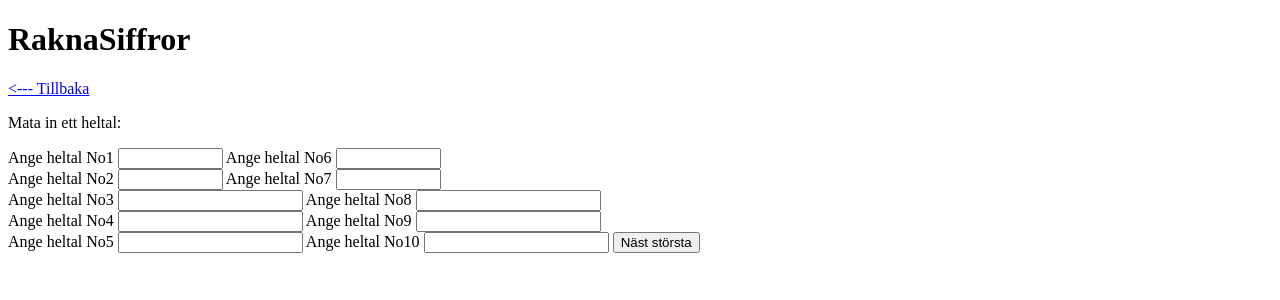
Repository: dn222em/1dv403-laborationer
Page: 1-vandalen/counta/index22.html
The author's editor kept a record of every edit. The page is drawn from the files as they stood at one moment, then again after the next edit.
The browser window is 1280 px wide. The pictures show the whole page.

Above is the page before.

### 1-vandalen/counta/index22.html
<!DOCTYPE html>
<html lang="sv">
<head>
	<meta charset="UTF-8" />
 	<title>JavaScript - Strängar</title>
 	<style>
 		.error {
 			background-color: #F7A1A1;
 		}
 	</style>
</head>
    <body>
        <h1>RaknaSiffror</h1>
        <a href="../index.html">&lt;--- Tillbaka</a>
        <p>Mata in ett heltal:</p>

 		<form>
 		     Ange heltal No1
 			<input type="text" id="string" size="10"/>
  	        Ange heltal No6
 			<input type="text" id="string6" size="10"/>
 			<br />
 			Ange heltal No2
 			<input type="text" id="string2" size="10"/>
  		     Ange heltal No7
 			<input type="text" id="string7" size="10"/>
 			<br />
 		    Ange heltal No3
 			<input type="text" id="string3" />
 			Ange heltal No8
 			<input type="text" id="string8" />
 			<br />
 		    Ange heltal No4
 			<input type="text" id="string4" />
 		    Ange heltal No9
 			<input type="text" id="string9" />
 			<br />
 			 Ange heltal No5
 			<input type="text" id="string5" />
 		    Ange heltal No10
 			<input type="text" id="string10" />
 			<input id="send" type="submit" value="Näst största" />
 			<p id="value"></p>
		</form>

    	  <script src="script.js"></script>

    </body>
</html>

### 1-vandalen/counta/script.js
"use strict";
window.onload = function(){

	var isPalindrom = function(str){

		//Input-string converts to lower case.
		str = str.toLowerCase();

		//Create a new string without white-spaces.
		var res = str.replace(/\s/g, '');

		//Create an Array with characters
		var firstArr = res.split("");

		//Deklare a new Array.
		//Pushes the first Array's values backwards to the new one.
		var secondArr = [];

		for (var i = firstArr.length - 1; i >= 0; --i){
			 secondArr.push(firstArr[i]);
		}

		//Checks if the two Arrays have the same values
		if(firstArr.join(",") == secondArr.join(",")){

			//Introduce the palindrom and the positive result.
			var pali = str.fontcolor("blue") +' är ett palindrom!'.fontcolor("green");
			return pali;
		}

		//Introduve the negative result.
		pali = str.fontcolor("blue") +' är inte ett palindrom!'.fontcolor("red");
		return pali;
	};
	// ------------------------------------------------------------------------------
	//Lånar kod från Webbteknik 1 - uppgift 1
	// Kod för att hantera utskrift och inmatning. 	// Kod för att hantera utskrift och inmatning. Denna ska du inte behöva förändra
	var p = document.querySelector("#value"); // Referens till DOM-noden med id="#value"
	var input = document.querySelector("#string");
	var submit = document.querySelector("#send");

	// Vi kopplar en eventhanterare till formulärets skickaknapp som kör en anonym funktion.
	submit.addEventListener("click", function(e){
		e.preventDefault(); // Hindra formuläret från att skickas till servern. Vi hanterar allt på klienten.

		p.classList.remove( "error");

		try {
			var answer = isPalindrom(input.value) // Läser in texten från textrutan och skickar till funktionen "convertString"
			p.innerHTML = answer;		// Skriver ut texten från arrayen som skapats i funktionen.
		} catch (error){
			p.classList.add( "error"); // Växla CSS-klass, IE10+
			p.innerHTML = error.message;
		}

	});



};

After the next edit:
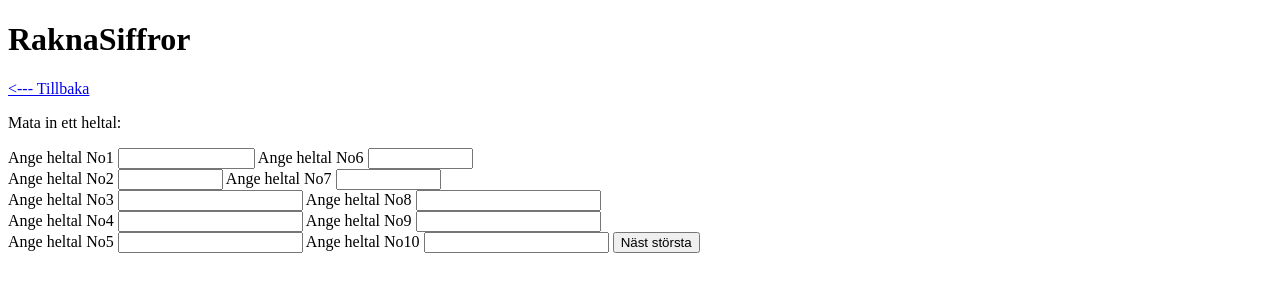
The edit:
--- a/1-vandalen/counta/index22.html
+++ b/1-vandalen/counta/index22.html
@@ -16,7 +16,7 @@
 
  		<form>
  		     Ange heltal No1
- 			<input type="text" id="string" size="10"/>
+ 			<input type="text" id="string" size="14"/>
   	        Ange heltal No6
  			<input type="text" id="string6" size="10"/>
  			<br />
